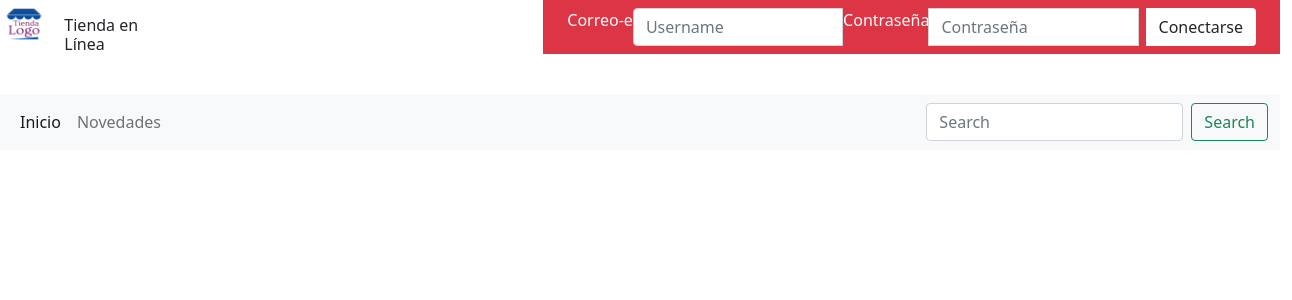
Repository: nicorp00/bootstrapSass
Page: Main/index.html
These files come from the project's save history. The page is drawn as it stood at one moment and after a run of saves; the edit follows.
The browser window is 1280 px wide. The page is 1292 px wide, so the pictures cover 1292 px, including what lies to the right of the window. The pictures show the whole page.
The style sheet was rebuilt from its Sass, Less or Tailwind sources for each picture, by a compiler version that may differ from the author's.

Above is the page before, as saved 2022-03-25 11:12:33.

### Main/index.html
<!DOCTYPE html>
<html lang="en">
<head>
    <meta charset="UTF-8">
    <meta http-equiv="X-UA-Compatible" content="IE=edge">
    <meta name="viewport" content="width=device-width, initial-scale=1.0">
    <title>Document</title>
    <link rel="stylesheet" href="css/style.css">
    <link rel="stylesheet" href="css/bootstrap.min.css">
</head>
<body>
    <section class="section__top row">
        <div class="col-2">
            <div class="card mb-3 border-0" style="max-width: 540px;">
                <div class="row g-0">
                  <div class="col-md-3">
                    <img src="img/logo.png" class="img-fluid rounded-start" alt="...">
                  </div>
                  <div class="col-md-9">
                    <div class="card-body">
                      <h6 class="card-title">Tienda en Línea</h6>
                    </div>
                  </div>
                </div>
              </div>
        </div>
        <div class="col-3"></div>
        <div class="top-nav col-7">
            <nav class="navbar navbar-danger bg-danger">
                <form class="container-fluid">
                  <div class="input-group">
                    <!--<span class="input-group-text" id="basic-addon1">@</span>-->
                    Correo-e<input type="text" class="form-control" placeholder="Username" aria-label="Correo@" aria-describedby="basic-addon1">
                    Contraseña<input class="form-control me-2" type="search" placeholder="Contraseña" aria-label="Search">
                    <button class="btn btn-outline" type="submit">Conectarse</button>
                  </div>
                </form>
              </nav>
        </div>
    </section>

    <section class="section__nav">
        <nav class="navbar navbar-expand-lg navbar-light bg-light">
            <div class="container-fluid">
              <button class="navbar-toggler" type="button" data-bs-toggle="collapse" data-bs-target="#navbarSupportedContent" aria-controls="navbarSupportedContent" aria-expanded="false" aria-label="Toggle navigation">
                <span class="navbar-toggler-icon"></span>
              </button>
              <div class="collapse navbar-collapse" id="navbarSupportedContent">
                <ul class="navbar-nav me-auto mb-2 mb-lg-0">
                  <li class="nav-item">
                    <a class="nav-link active" aria-current="page" href="#">Inicio</a>
                  </li>
                  <li class="nav-item">
                    <a class="nav-link" href="#">Novedades</a>
                  </li>


                </ul>
                <form class="d-flex">
                  <input class="form-control me-2" type="search" placeholder="Search" aria-label="Search">
                  <button class="btn btn-outline-success" type="submit">Search</button>
                </form>
              </div>
            </div>
          </nav>
    </section>
    <script src="js/bootstrap.min.js"></script>
</body>
</html>

### Main/scss/style.scss
@use 'section__top';

### Main/scss/_section__top.scss
.section__top{
    span{
        margin-left: 20%;
    }
    form{
        color: white;
    }
    button{
        background-color: white;
    }
}

Loaded but not shown: Main/css/bootstrap.min.css (library); Main/js/bootstrap.min.js (library)

After the next 2 saves:
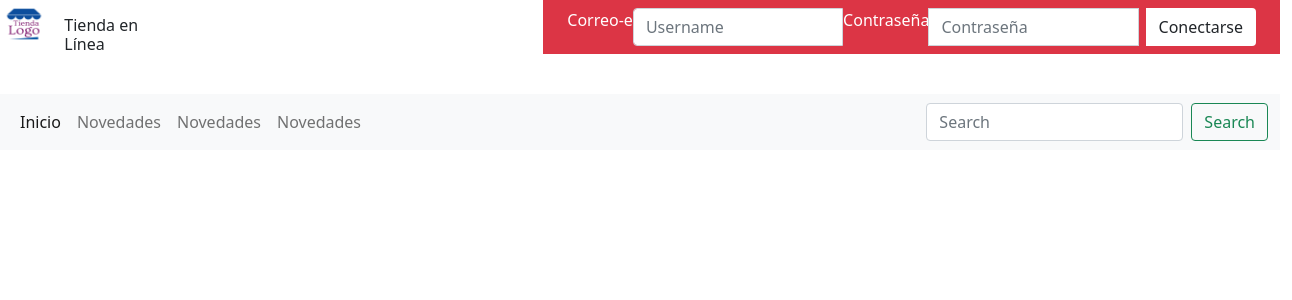
The 2 saves are shown as one change because they came seconds apart.
The last was saved 7 s later.
--- a/Main/index.html
+++ b/Main/index.html
@@ -53,8 +53,12 @@
                   <li class="nav-item">
                     <a class="nav-link" href="#">Novedades</a>
                   </li>
-
-
+                  <li class="nav-item">
+                    <a class="nav-link" href="#">Novedades</a>
+                  </li>
+                  <li class="nav-item">
+                    <a class="nav-link" href="#">Novedades</a>
+                  </li>
                 </ul>
                 <form class="d-flex">
                   <input class="form-control me-2" type="search" placeholder="Search" aria-label="Search">
